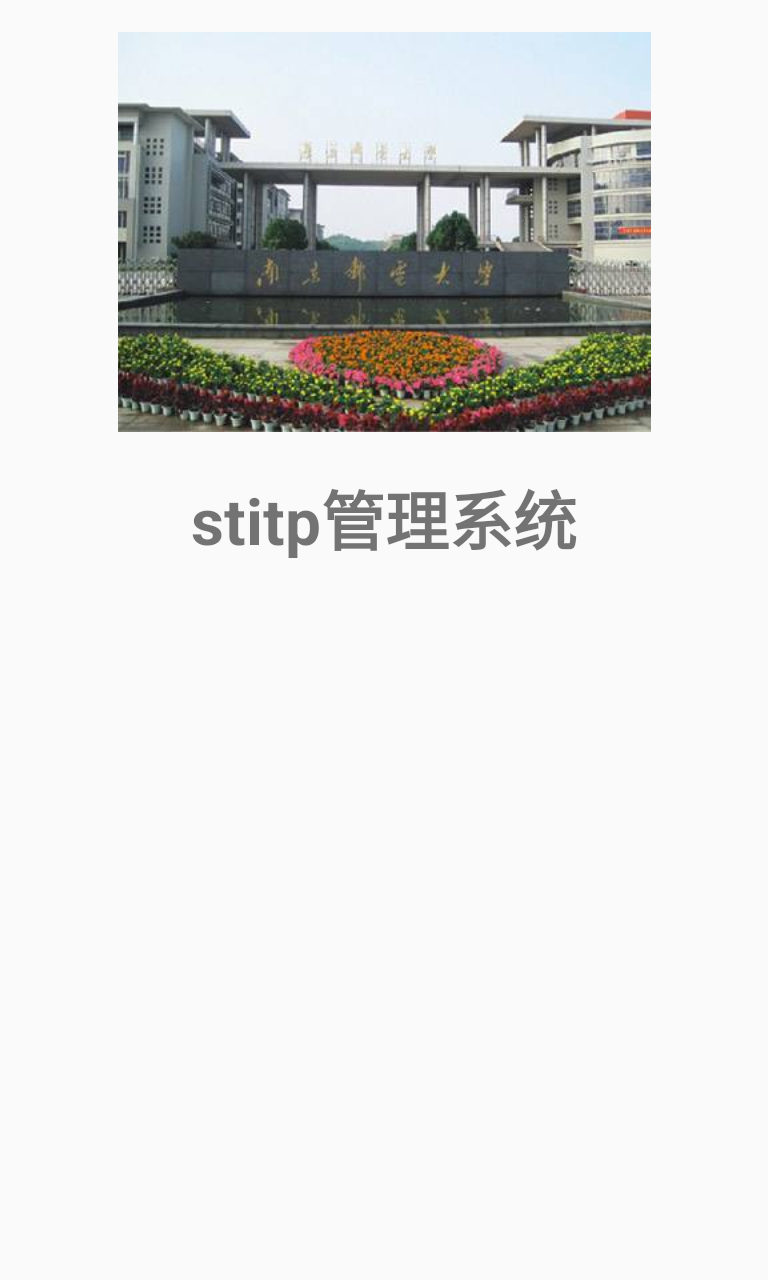
Repository: weizhaopeng/zhou_stitp
Layout: workspace/zhou/res/layout/fragment_main.xml
These files come from the project's save history. The layout is drawn as it stood at one moment and after the next save; the edit follows.
It is drawn on a 768 x 1280 px phone screen (xhdpi) without system bars, with theme AppTheme; the app's code is not run.

Above is the layout before, as saved 2018-11-28 02:42:27.

After the next save:
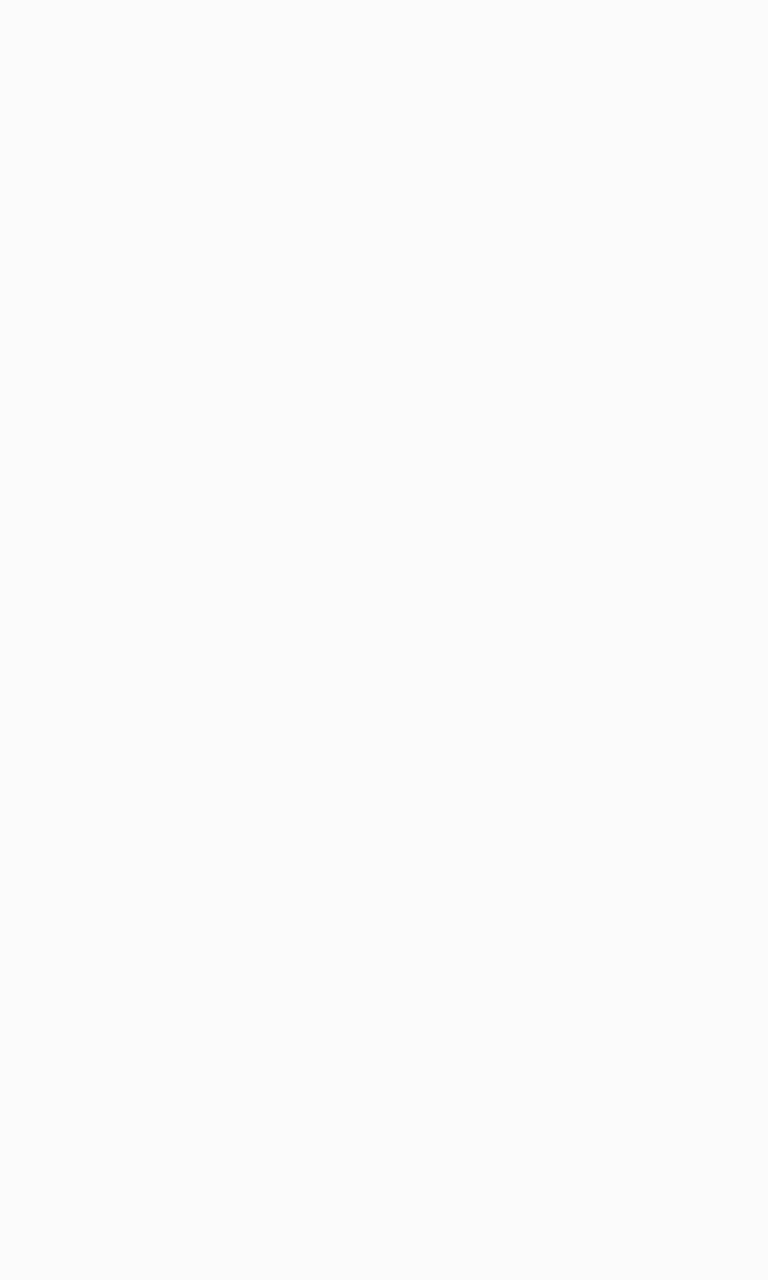
Saved 61 s later.
--- a/workspace/zhou/res/layout/fragment_main.xml
+++ b/workspace/zhou/res/layout/fragment_main.xml
@@ -7,31 +7,34 @@
     android:paddingRight="@dimen/activity_horizontal_margin"
     android:paddingTop="@dimen/activity_vertical_margin"
     tools:context="com.example.zhou.MainActivity$PlaceholderFragment" >
+	<LinearLayout>
+	    <ImageView android:contentDescription="主界面中的南邮图片"
+	        android:id="@+id/main_njupt"
+	        android:layout_width="match_parent"
+	        android:layout_height="wrap_content"
+	        android:layout_alignParentTop="true"
+	        android:layout_centerHorizontal="true"
+	        android:src="@drawable/njupt" />
 
-    <ImageView android:contentDescription="主界面中的南邮图片"
-        android:id="@+id/main_njupt"
-        android:layout_width="match_parent"
-        android:layout_height="wrap_content"
-        android:layout_alignParentTop="true"
-        android:layout_centerHorizontal="true"
-        android:src="@drawable/njupt" />
+    	<TextView
+	        android:id="@+id/main_title"
+	        android:layout_width="wrap_content"
+	        android:layout_height="wrap_content"
+	        android:layout_below="@+id/main_njupt"
+	        android:layout_centerHorizontal="true"
+	        android:layout_marginTop="19dp"
+	        android:text="@string/main_title"
+	        android:textSize="32sp"
+	        android:textStyle="bold" />
+			<!-- 宽度跟随内容 -->
+			<!-- 高度跟随内容 -->
+			<!-- 布局在main_njupt下方-->
+			<!-- 水平居中-->
+			<!-- 顶部的空白是19dp-->
+			<!-- 文本内容-->
+			<!-- 文本大小-->
+			<!-- 文本加粗-->
+	</LinearLayout>
 
-    <TextView
-        android:id="@+id/main_title"
-        android:layout_width="wrap_content"
-        android:layout_height="wrap_content"
-        android:layout_below="@+id/main_njupt"
-        android:layout_centerHorizontal="true"
-        android:layout_marginTop="19dp"
-        android:text="@string/main_title"
-        android:textSize="32sp"
-        android:textStyle="bold" />
-		<!-- 宽度跟随内容 -->
-		<!-- 高度跟随内容 -->
-		<!-- 布局在main_njupt下方-->
-		<!-- 水平居中-->
-		<!-- 顶部的空白是19dp-->
-		<!-- 文本内容-->
-		<!-- 文本大小-->
-		<!-- 文本加粗-->
+
 </RelativeLayout>

After the save that followed:
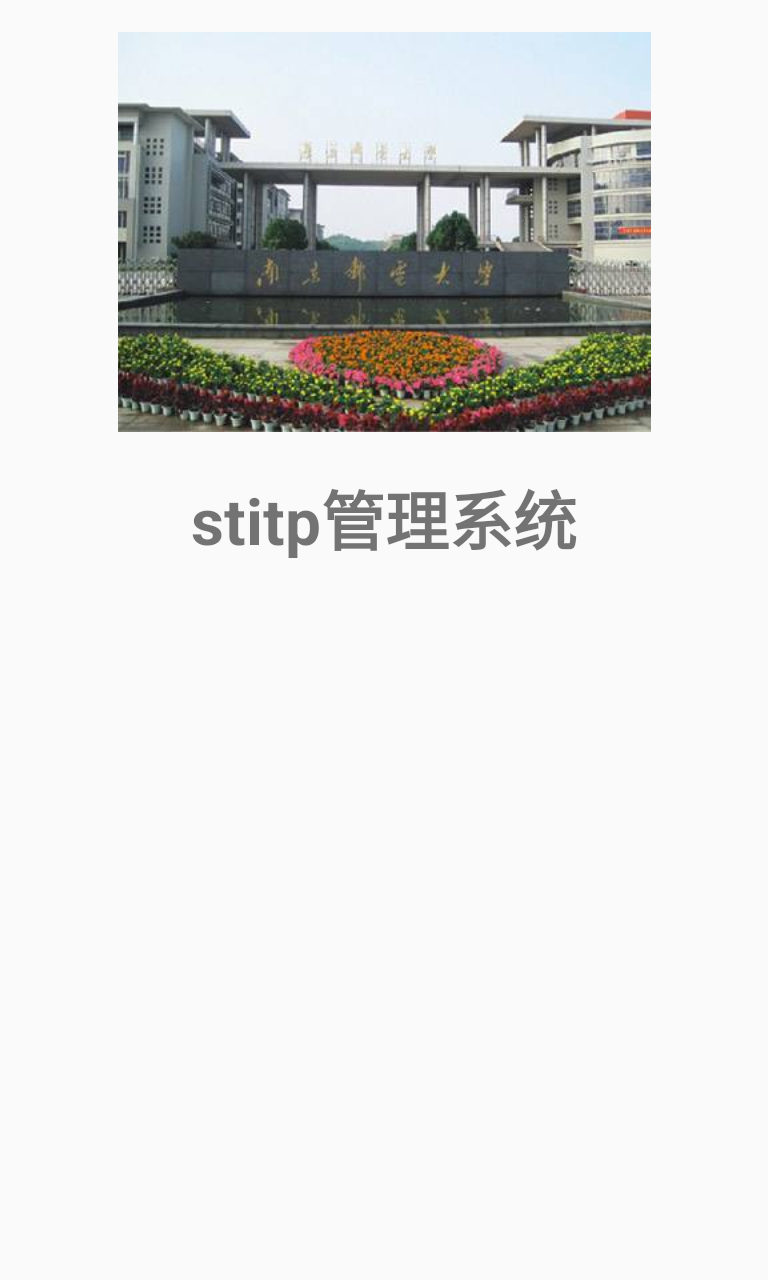
Saved 25 s later.
--- a/workspace/zhou/res/layout/fragment_main.xml
+++ b/workspace/zhou/res/layout/fragment_main.xml
@@ -7,34 +7,32 @@
     android:paddingRight="@dimen/activity_horizontal_margin"
     android:paddingTop="@dimen/activity_vertical_margin"
     tools:context="com.example.zhou.MainActivity$PlaceholderFragment" >
-	<LinearLayout>
-	    <ImageView android:contentDescription="主界面中的南邮图片"
-	        android:id="@+id/main_njupt"
-	        android:layout_width="match_parent"
-	        android:layout_height="wrap_content"
-	        android:layout_alignParentTop="true"
-	        android:layout_centerHorizontal="true"
-	        android:src="@drawable/njupt" />
 
-    	<TextView
-	        android:id="@+id/main_title"
-	        android:layout_width="wrap_content"
-	        android:layout_height="wrap_content"
-	        android:layout_below="@+id/main_njupt"
-	        android:layout_centerHorizontal="true"
-	        android:layout_marginTop="19dp"
-	        android:text="@string/main_title"
-	        android:textSize="32sp"
-	        android:textStyle="bold" />
-			<!-- 宽度跟随内容 -->
-			<!-- 高度跟随内容 -->
-			<!-- 布局在main_njupt下方-->
-			<!-- 水平居中-->
-			<!-- 顶部的空白是19dp-->
-			<!-- 文本内容-->
-			<!-- 文本大小-->
-			<!-- 文本加粗-->
-	</LinearLayout>
+    <ImageView android:contentDescription="主界面中的南邮图片"
+        android:id="@+id/main_njupt"
+        android:layout_width="match_parent"
+        android:layout_height="wrap_content"
+        android:layout_alignParentTop="true"
+        android:layout_centerHorizontal="true"
+        android:src="@drawable/njupt" />
 
+    <TextView
+        android:id="@+id/main_title"
+        android:layout_width="wrap_content"
+        android:layout_height="wrap_content"
+        android:layout_below="@+id/main_njupt"
+        android:layout_centerHorizontal="true"
+        android:layout_marginTop="19dp"
+        android:text="@string/main_title"
+        android:textSize="32sp"
+        android:textStyle="bold" />
+		<!-- 宽度跟随内容 -->
+		<!-- 高度跟随内容 -->
+		<!-- 布局在main_njupt下方-->
+		<!-- 水平居中-->
+		<!-- 顶部的空白是19dp-->
+		<!-- 文本内容-->
+		<!-- 文本大小-->
+		<!-- 文本加粗-->
 
 </RelativeLayout>
